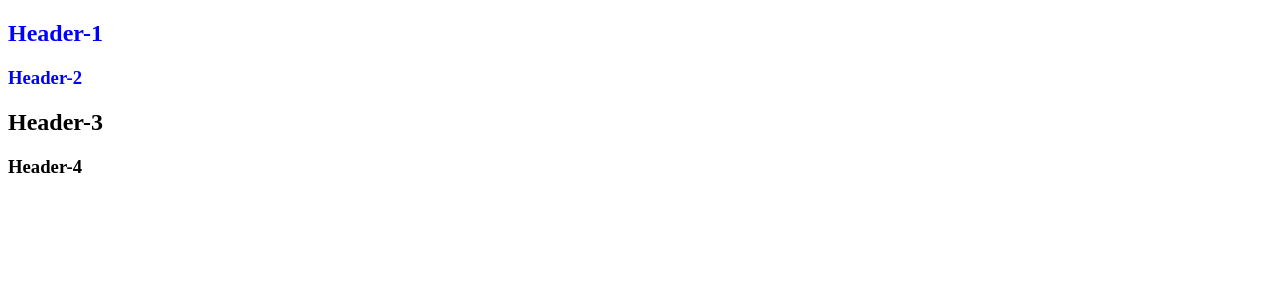
Repository: KYJIN1024/kic_jquery
Page: http://localhost/JQueryEx01/jquery05.jsp
These files come from the project's save history. The page is drawn as it stood at one moment and after the next save; the edit follows.
The browser window is 1280 px wide. The pictures show the whole page.
The page is served by Tomcat 9.

Above is the page before, as saved 2023-05-15 06:23:16.

After the next save:
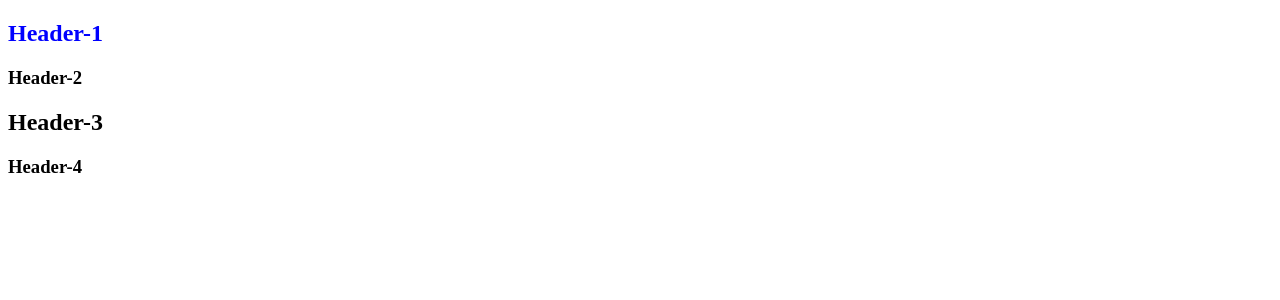
Saved 75 s later.
--- a/JQueryEx01/src/main/webapp/jquery05.jsp
+++ b/JQueryEx01/src/main/webapp/jquery05.jsp
@@ -11,7 +11,8 @@
 <script>
 	// window.jquery => jquery => $ (축약된표현)
 	$( document ).ready(function(){
-		$('.c1').css('color', 'blue' );
+		//$('.c1').css('color', 'blue' );
+		$('h2.c1').css('color', 'blue' );
 	});
 
 
